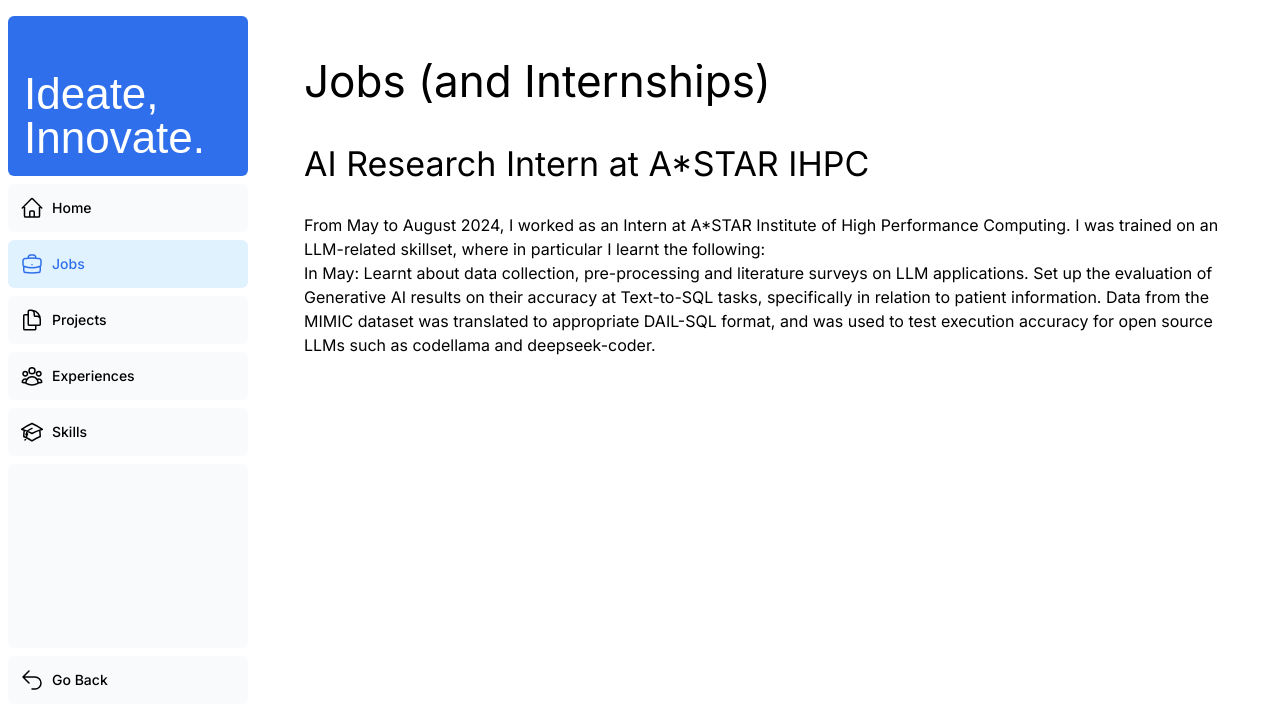
Repository: ThatGirlJam/jaime-portfolio
Page: /dashboard/jobs
An editor plug-in stored every save of this project. The page is shown before and after the next save, followed by the edit.
The browser window is 1280 px wide. The pictures show the whole page.
Some web fonts or font styles are not loaded; a fallback is used. The project was rebuilt for these pictures with package versions that can differ from the ones it lists, and the page was loaded fresh each time. The framework's server and built-in components were replaced by stand-ins that run in the browser. Also part of the build but not shown: next.config.js.

Above is the page before, as saved 2024-06-05 20:36:48.

### app/dashboard/jobs/page.tsx
export default function Page() {
  return (
    <div>
      <p className="text-[44px]"> Jobs (and Internships) </p>
      <br />
      <p className="text-[34px]"> AI Research Intern at A*STAR IHPC </p>
      <br />

      <p>
        From May to August 2024, I worked as an Intern at A*STAR Institute of
        High Performance Computing. I was trained on an LLM-related skillset,
        where in particular I learnt the following:
      </p>
      <p>
        In May: Learnt about data collection, pre-processing and literature
        surveys on LLM applications. Set up the evaluation of Generative AI
        results on their accuracy at Text-to-SQL tasks, specifically in relation
        to patient information. Data from the MIMIC dataset was translated to
        appropriate DAIL-SQL format, and was used to test execution accuracy for
        open source LLMs such as codellama and deepseek-coder.
      </p>
    </div>
  );
}

### app/ui/fonts.ts
import { Inter } from 'next/font/google';
import { Lusitana } from 'next/font/google';

export const inter = Inter({ subsets: ['latin'] });

export const lusitana = Lusitana({
  weight: ['400', '700'],
  subsets: ['latin'],
});

### app/ui/dashboard/sidenav.tsx
import Link from 'next/link';
import NavLinks from '@/app/ui/dashboard/nav-links';
import BannerLogo from '@/app/ui/banner-logo';
import { ArrowUturnLeftIcon } from '@heroicons/react/24/outline';

export default function SideNav() {
  return (
    <div className="flex h-full flex-col px-3 py-4 md:px-2">
      <Link
        className="h-25 mb-2 flex items-end justify-start rounded-md bg-blue-600 p-4 md:h-40"
        href="/"
      >
        <div className="w-32 text-white md:w-40">
          <BannerLogo />
        </div>
      </Link>
      <div className="flex grow flex-row justify-between space-x-2 md:flex-col md:space-x-0 md:space-y-2">
        <NavLinks />
        <div className="hidden h-auto w-full grow rounded-md bg-gray-50 md:block"></div>
        <Link href="/">
          <button className="flex h-[48px] w-full grow items-center justify-center gap-2 rounded-md bg-gray-50 p-3 text-sm font-medium hover:bg-sky-100 hover:text-blue-600 md:flex-none md:justify-start md:p-2 md:px-3">
            <ArrowUturnLeftIcon className="w-6" />
            <div className="hidden md:block">Go Back</div>
          </button>
        </Link>
      </div>
    </div>
  );
}

### app/ui/dashboard/nav-links.tsx
'use client';

import {
  UserGroupIcon,
  HomeIcon,
  DocumentDuplicateIcon,
  AcademicCapIcon,
  BriefcaseIcon,
} from '@heroicons/react/24/outline';
import Link from 'next/link';
import { usePathname } from 'next/navigation';
import clsx from 'clsx';

// Map of links to display in the side navigation.
// Depending on the size of the application, this would be stored in a database.
const links = [
  { name: 'Home', href: '/dashboard', icon: HomeIcon },
  {
    name: 'Jobs',
    href: '/dashboard/jobs',
    icon: BriefcaseIcon,
  },
  {
    name: 'Projects',
    href: '/dashboard/projects',
    icon: DocumentDuplicateIcon,
  },
  { name: 'Experiences', href: '/dashboard/experiences', icon: UserGroupIcon },
  { name: 'Skills', href: '/dashboard/skills', icon: AcademicCapIcon },
];

export default function NavLinks() {
  const pathname = usePathname();

  return (
    <>
      {links.map((link) => {
        const LinkIcon = link.icon;
        return (
          <Link
            key={link.name}
            href={link.href}
            //When the link.href aka link of the nav option matches the curr path name, turn blue to show user is on that page
            className={clsx(
              'flex h-[48px] grow items-center justify-center gap-2 rounded-md bg-gray-50 p-3 text-sm font-medium hover:bg-sky-100 hover:text-blue-600 md:flex-none md:justify-start md:p-2 md:px-3',
              {
                'bg-sky-100 text-blue-600': pathname === link.href,
              },
            )}
          >
            <LinkIcon className="w-6" />
            <p className="hidden md:block">{link.name}</p>
          </Link>
        );
      })}
    </>
  );
}

### app/ui/banner-logo.tsx
import { lusitana } from '@/app/ui/fonts';

export default function BannerLogo() {
  return (
    <div
      className={`${lusitana.className} flex flex-row items-center leading-none text-white`}
    >
      <p className="text-[44px]">Ideate, Innovate.</p>
    </div>
  );
}

Loaded but not shown: app/layout.tsx (common file); app/dashboard/layout.tsx (common file); app/ui/global.css (common file); tailwind.config.ts (common file)

After the next save:
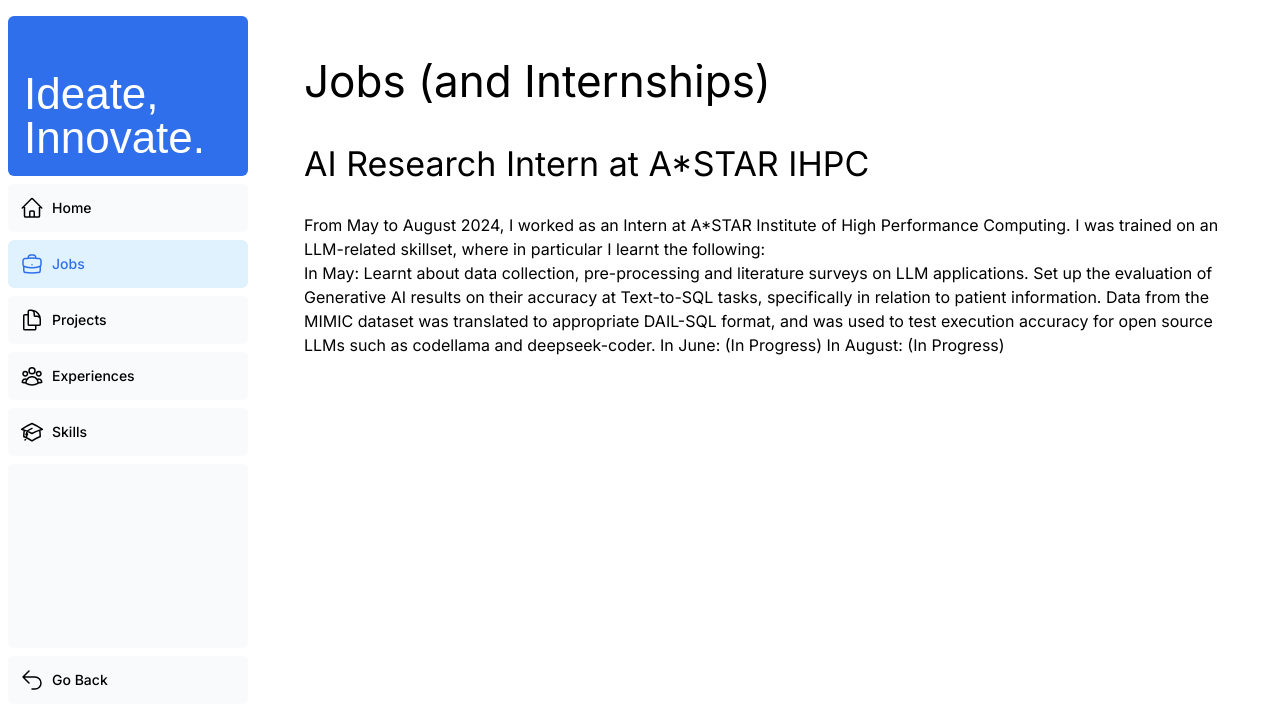
Saved 23 s later.
--- a/app/dashboard/jobs/page.tsx
+++ b/app/dashboard/jobs/page.tsx
@@ -17,7 +17,8 @@
         results on their accuracy at Text-to-SQL tasks, specifically in relation
         to patient information. Data from the MIMIC dataset was translated to
         appropriate DAIL-SQL format, and was used to test execution accuracy for
-        open source LLMs such as codellama and deepseek-coder.
+        open source LLMs such as codellama and deepseek-coder. In June: (In
+        Progress) In August: (In Progress)
       </p>
     </div>
   );
